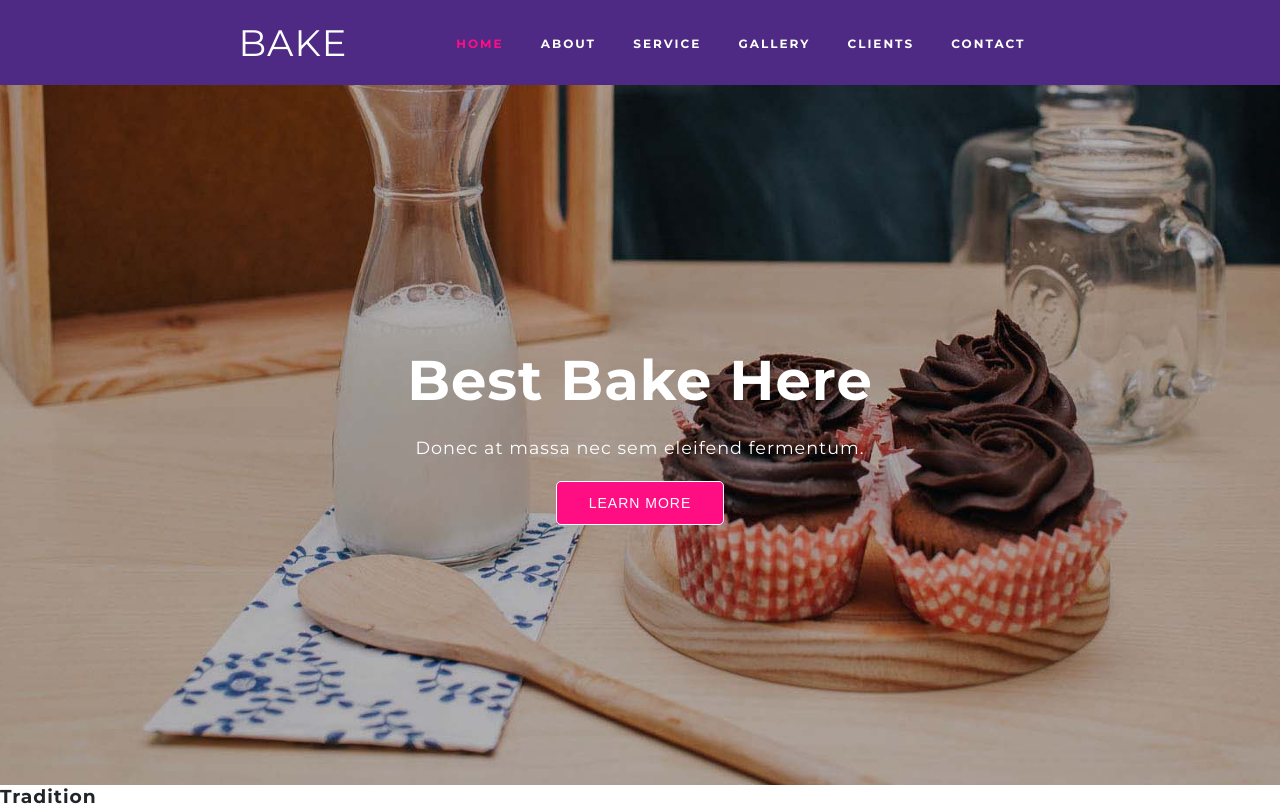
Repository: ducdatit2002/bake-cake
Page: index.html
The author's editor kept a copy of each file at every save. The page is drawn from the files as they stood at one save, then again after the next save.
The browser window is 1280 px wide. The pictures show the whole page.

Above is the page before, as saved 2023-07-13 11:57:32.

After the next save:
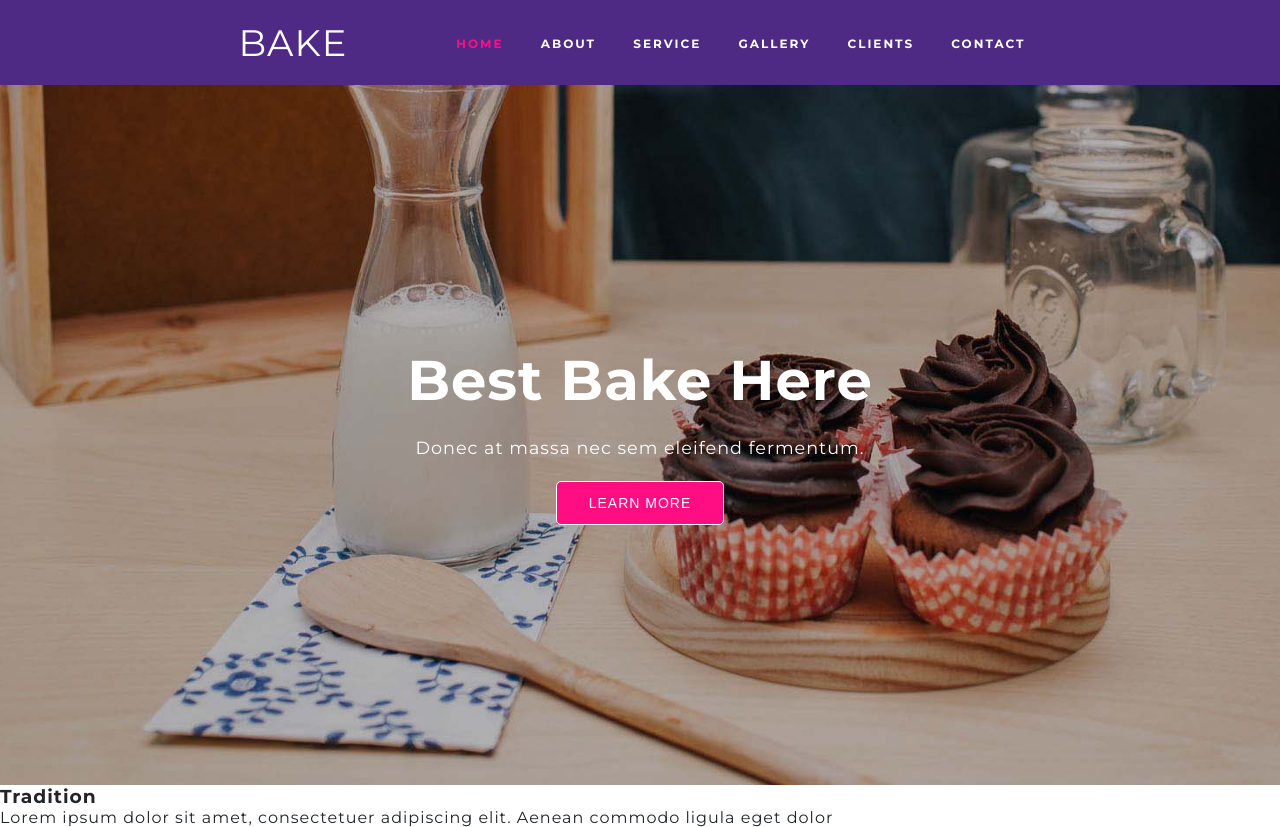
Saved 9 s later.
--- a/index.html
+++ b/index.html
@@ -46,7 +46,7 @@
         <div class="intro__item">
             <div>
                 <h3>Tradition</h3>
-
+                <p>Lorem ipsum dolor sit amet, consectetuer adipiscing elit. Aenean commodo ligula eget dolor</p>
             </div>
         </div>
     </section>
